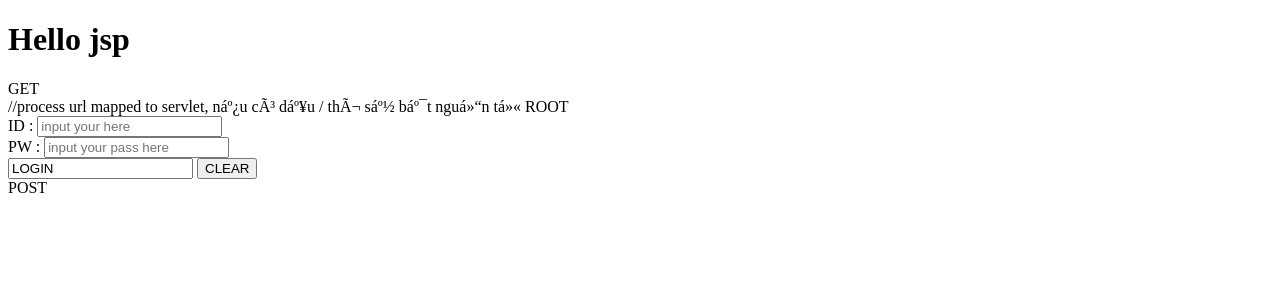
Repository: Vipper105/Restaurant_project
Page: webShop/WebContent/index.html
An editor plug-in stored every save of this project. The page is shown before and after the next save, followed by the edit.
The browser window is 1280 px wide. The pictures show the whole page.

Above is the page before, as saved 2020-08-10 09:20:27.

After the next save:
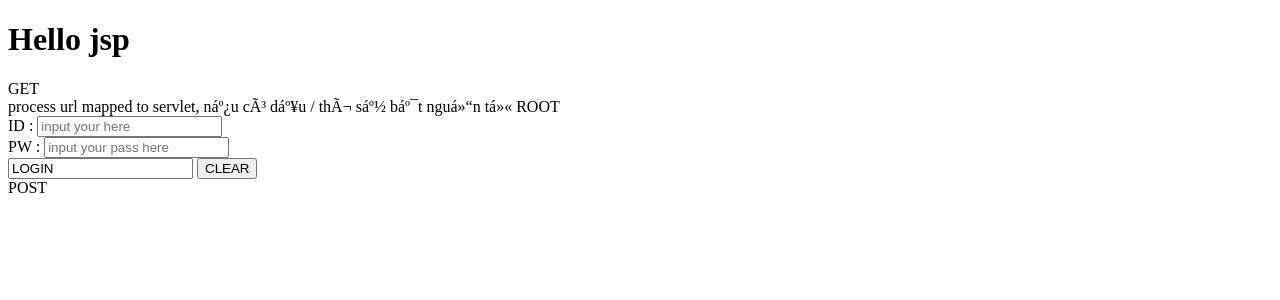
Saved 21 s later.
--- a/webShop/WebContent/index.html
+++ b/webShop/WebContent/index.html
@@ -10,7 +10,7 @@
 
 <div>
 	GET <br/>
-	//process url mapped to servlet, nếu có dấu / thì sẽ bắt nguồn từ ROOT
+	process url mapped to servlet, nếu có dấu / thì sẽ bắt nguồn từ ROOT
 	<form method="get" action="/login">
 		ID : <input type="text" name="uname" placeholder="input your here">
 		<br/>
